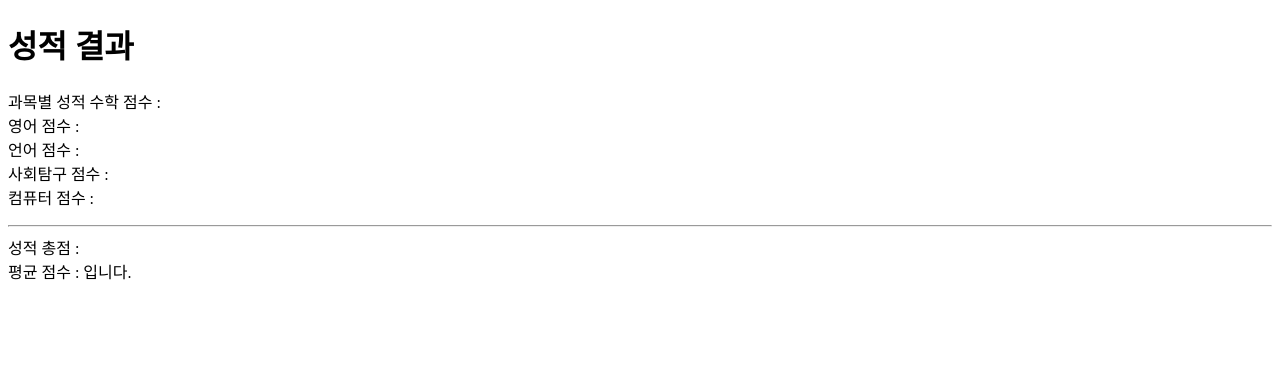
Repository: KindRichMan/Spring
Page: http://localhost/SpringBasic/WEB-INF/views/scoreResult.jsp
The author's editor kept a copy of each file at every save. The page is drawn from the files as they stood at one save, then again after the next save.
The browser window is 1280 px wide. The pictures show the whole page.
The page is served by Tomcat 9. Nobody is signed in. The template is opened directly, without the code that normally fills it, so the values that code supplies are empty.

Above is the page before, as saved 2022-03-31 00:38:34.

After the next save:
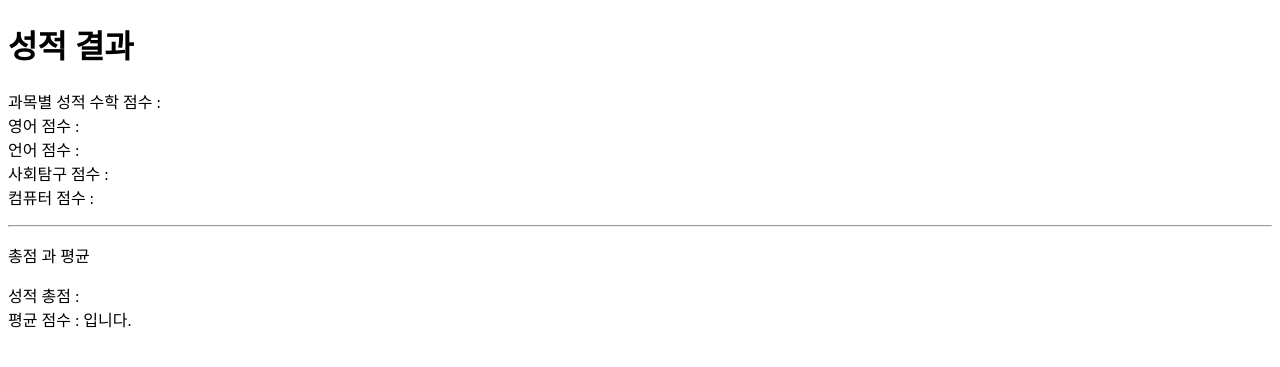
Saved 40 s later.
--- a/SpringBasic/src/main/webapp/WEB-INF/views/scoreResult.jsp
+++ b/SpringBasic/src/main/webapp/WEB-INF/views/scoreResult.jsp
@@ -15,6 +15,7 @@
    사회탐구 점수 : ${social }<br/>
    컴퓨터 점수 : ${com }<br/>
  <hr/>
+ <p>총점 과 평균</p>
    성적 총점 : ${total }<br/>
    평균 점수 : ${avg } 입니다.
 </body>
